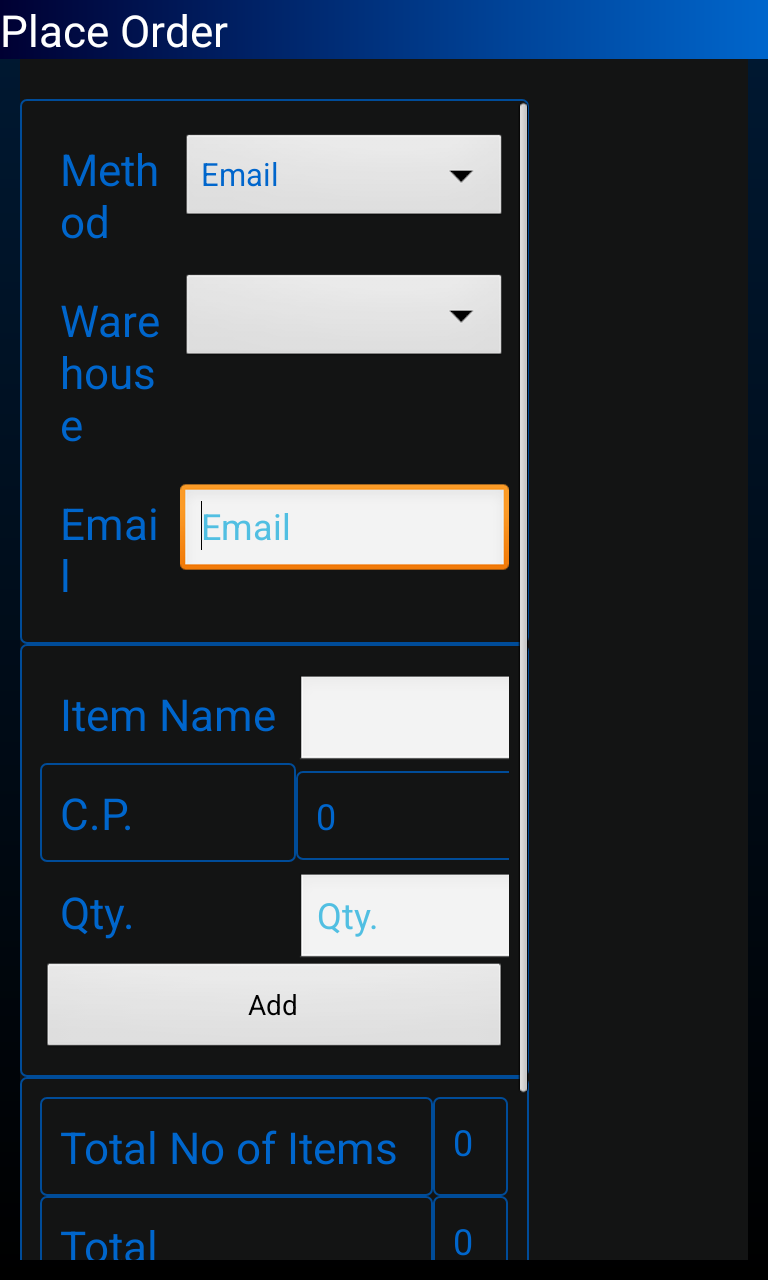
Repository: jasleen1291/B2BMobileApplication
Layout: Mobile E Commerce/B2B/res/layout/place_order.xml
An editor plug-in stored every save of this project. The layout is shown before and after the next save, followed by the edit.
It is drawn on a 768 x 1280 px phone screen (xhdpi) without system bars, with theme mycustomtheme; the app's code is not run. Lists and similar views that code fills are empty.

Above is the layout before, as saved 2013-05-25 14:51:37.

### Mobile E Commerce/B2B/res/layout/place_order.xml
<?xml version="1.0" encoding="utf-8"?>
<LinearLayout xmlns:android="http://schemas.android.com/apk/res/android"
    android:layout_width="match_parent"
    android:layout_height="match_parent"
    android:orientation="vertical" >

    <TextView
        style="@style/titlebarstyle"
        android:text="@string/place_order" />

    <LinearLayout
        android:layout_width="match_parent"
        android:layout_height="match_parent"
        android:baselineAligned="false" >

        <ScrollView
            android:layout_width="0dp"
            android:layout_height="wrap_content"
            android:layout_margin="10dp"
            android:layout_weight="7" >

            <LinearLayout
                android:layout_width="match_parent"
                android:layout_height="wrap_content"
                android:orientation="vertical" >

                <TableLayout
                    android:layout_width="match_parent"
                    android:layout_height="wrap_content"
                    android:background="@drawable/textview_border"
                    android:stretchColumns="*" >

                    <TableRow
                        android:id="@+id/tableRow1"
                        android:layout_width="match_parent"
                        android:layout_height="wrap_content" >

                        <TextView
                            android:id="@+id/ordervia"
                            android:layout_width="0dp"
                            android:layout_height="wrap_content"
                            android:layout_weight="3"
                            android:padding="10dp"
                            android:text="@string/Method"
                            android:textAppearance="?android:attr/textAppearanceLarge" />

                        <Spinner
                            android:id="@+id/spinner1"
                            android:layout_width="0dp"
                            android:layout_height="wrap_content"
                            android:layout_weight="7"
                            android:entries="@array/ordervia" />
                    </TableRow>

                    <TableRow
                        android:id="@+id/tableRow5"
                        android:layout_width="match_parent"
                        android:layout_height="wrap_content" >

                        <TextView
                            android:layout_width="0dp"
                            android:layout_height="wrap_content"
                            android:layout_weight="3"
                            android:padding="10dp"
                            android:text="@string/warehouse"
                            android:textAppearance="?android:attr/textAppearanceLarge" />

                        <Spinner
                            android:id="@+id/spinner2"
                            android:layout_width="0dp"
                            android:layout_height="wrap_content"
                            android:layout_weight="7" />
                    </TableRow>

                    <TableRow
                        android:id="@+id/tableRow2"
                        android:layout_width="match_parent"
                        android:layout_height="wrap_content" >

                        <TextView
                            android:id="@+id/contact"
                            android:layout_width="0dp"
                            android:layout_height="wrap_content"
                            android:layout_weight="3"
                            android:padding="10dp"
                            android:text="@string/email"
                            android:textAppearance="?android:attr/textAppearanceLarge" />

                        <EditText
                            android:id="@+id/editText1"
                            android:layout_width="0dp"
                            android:layout_height="wrap_content"
                            android:layout_weight="7"
                            android:ems="10"
                            android:hint="@string/email" >

                            <requestFocus />
                        </EditText>
                    </TableRow>
                </TableLayout>

                <TableLayout
                    android:layout_width="match_parent"
                    android:layout_height="wrap_content"
                    android:background="@drawable/textview_border"
                    android:stretchColumns="*" >

                    <TableRow
                        android:id="@+id/tableRow3"
                        android:layout_width="match_parent"
                        android:layout_height="wrap_content" >

                        <TextView
                            android:layout_width="wrap_content"
                            android:layout_height="wrap_content"
                            android:hint="@string/email"
                            android:padding="10dp"
                            android:text="@string/itemname"
                            android:textAppearance="?android:attr/textAppearanceLarge" />

                        <AutoCompleteTextView
                            android:id="@+id/itemname"
                            android:layout_width="wrap_content"
                            android:layout_height="wrap_content"
                            android:ems="10" />
                    </TableRow>

                    <TableRow
                        android:id="@+id/tableRow12"
                        android:layout_width="wrap_content"
                        android:layout_height="wrap_content" >

                        <TextView
                            android:id="@+id/textView2"
                            android:layout_width="wrap_content"
                            android:layout_height="wrap_content"
                            android:background="@drawable/textview_border"
                            android:text="@string/cp"
                            android:textAppearance="?android:attr/textAppearanceLarge" />

                        <TextView
                            android:id="@+id/cp"
                            android:layout_width="wrap_content"
                            android:layout_height="wrap_content"
                            android:background="@drawable/textview_border"
                            android:text="@string/zero"
                            android:textAppearance="?android:attr/textAppearanceMedium" />
                    </TableRow>

                    <TableRow
                        android:id="@+id/tableRow4"
                        android:layout_width="match_parent"
                        android:layout_height="wrap_content" >

                        <TextView
                            android:layout_width="wrap_content"
                            android:layout_height="wrap_content"
                            android:padding="10dp"
                            android:text="@string/qty"
                            android:textAppearance="?android:attr/textAppearanceLarge" />

                        <EditText
                            android:id="@+id/qty"
                            android:layout_width="match_parent"
                            android:layout_height="wrap_content"
                            android:ems="10"
                            android:hint="@string/qty"
                            android:inputType="numberDecimal" />
                    </TableRow>

                    <Button
                        android:id="@+id/add"
                        android:layout_width="wrap_content"
                        android:layout_height="wrap_content"
                        android:text="@string/add" />
                </TableLayout>

                <TableLayout
                    android:layout_width="match_parent"
                    android:layout_height="wrap_content"
                    android:background="@drawable/textview_border"
                    android:stretchColumns="*" >

                    <TableRow
                        android:id="@+id/tableRow6"
                        android:layout_width="wrap_content"
                        android:layout_height="wrap_content" >

                        <TextView
                            android:id="@+id/textView3"
                            android:layout_width="wrap_content"
                            android:layout_height="wrap_content"
                            android:background="@drawable/textview_border"
                            android:text="@string/totalitems"
                            android:textAppearance="?android:attr/textAppearanceLarge" />

                        <TextView
                            android:id="@+id/totalitems"
                            android:layout_width="wrap_content"
                            android:layout_height="match_parent"
                            android:background="@drawable/textview_border"
                            android:text="@string/zero"
                            android:textAppearance="?android:attr/textAppearanceMedium" />
                    </TableRow>

                    <TableRow
                        android:layout_width="wrap_content"
                        android:layout_height="wrap_content" >

                        <TextView
                            android:id="@+id/textView1"
                            android:layout_width="wrap_content"
                            android:layout_height="wrap_content"
                            android:background="@drawable/textview_border"
                            android:text="@string/total"
                            android:textAppearance="?android:attr/textAppearanceLarge" />

                        <TextView
                            android:id="@+id/total"
                            android:layout_width="match_parent"
                            android:layout_height="match_parent"
                            android:background="@drawable/textview_border"
                            android:text="@string/zero"
                            android:textAppearance="?android:attr/textAppearanceMedium" />
                    </TableRow>

                    <Button
                        android:id="@+id/button2"
                        android:layout_width="match_parent"
                        android:layout_height="wrap_content"
                        android:layout_margin="10dp"
                        android:layout_weight="1"
                        android:text="@string/place_order" />
                </TableLayout>
            </LinearLayout>
        </ScrollView>

        <RelativeLayout
            android:layout_width="0dp"
            android:layout_height="wrap_content"
            android:layout_weight="3" >

            <ListView
                android:id="@+id/twoline"
                android:layout_width="wrap_content"
                android:layout_height="wrap_content" />
        </RelativeLayout>
    </LinearLayout>

</LinearLayout>

### Mobile E Commerce/B2B/res/values/mycustomtheme.xml
<?xml version="1.0" encoding="utf-8"?>
<resources xmlns:android="http://schemas.android.com/apk/res/android">
    <style name="mycustomtheme" parent="@android:style/Theme.NoTitleBar.Fullscreen">
        <item name="android:windowBackground">@drawable/mybg</item>
       	<item name="android:textColor">#0066cc</item>
       	<item name="android:textColorHint">#51BFE2</item>
    </style>

</resources>

### Mobile E Commerce/B2B/res/drawable/mybg.xml
<?xml version="1.0" encoding="utf-8"?>
<layer-list  xmlns:android="http://schemas.android.com/apk/res/android">
    <item>
<shape android:shape="rectangle">



        <gradient android:startColor="#001933"  android:endColor="#000" android:angle="270"/>


</shape>
</item>
<item android:left="10dp" android:top="10dp" android:right="10dp" android:bottom="10dp">

<shape android:shape="rectangle">



        <solid android:color="#131414"></solid>


</shape>
</item>
</layer-list>

### Mobile E Commerce/B2B/res/values/styles.xml
<?xml version="1.0" encoding="utf-8"?>
<resources xmlns:android="http://schemas.android.com/apk/res/android">

    <!--
        Base application theme, dependent on API level. This theme is replaced
        by AppBaseTheme from res/values-vXX/styles.xml on newer devices.

    -->
    <style name="AppBaseTheme" parent="android:Theme.Light">
        <!--
            Theme customizations available in newer API levels can go in
            res/values-vXX/styles.xml, while customizations related to
            backward-compatibility can go here.

        -->
    </style>

    <!-- Application theme. -->
    <style name="AppTheme" parent="AppBaseTheme">
        <!-- All customizations that are NOT specific to a particular API-level can go here. -->
    </style>

    <style name="LoginFormContainer">
        <item name="android:layout_width">match_parent</item>
        <item name="android:layout_height">wrap_content</item>
        <item name="android:padding">16dp</item>
    </style>
    <style name="TextViewStyle">
        <item name="android:layout_width">wrap_content</item>
        <item name="android:layout_height">wrap_content</item>
        <item name="android:gravity">right</item>
        <item name="android:textSize">14sp</item>
        <item name="android:textColor">#0066cc</item>
        <item name="android:layout_margin">5dp</item>
    </style>
	<style name="EditTextStyle">
        <item name="android:layout_width">match_parent</item>
        <item name="android:layout_height">wrap_content</item>
        <item name="android:textSize">16sp</item>
        <item name="android:textColor">#0066cc</item>

        <item name="android:layout_marginLeft">16dp</item>
        <item name="android:layout_marginRight">16dp</item>
        <item name="android:layout_marginTop">5dp</item>
        <item name="android:background">@drawable/textview_border</item>
    </style>
	<style name="SpinnerStyle">
        <item name="android:layout_width">match_parent</item>
        <item name="android:layout_height">wrap_content</item>
        <item name="android:textSize">16sp</item>
        <item name="android:textColor">#0066cc</item>

        <item name="android:layout_marginLeft">16dp</item>
        <item name="android:layout_marginRight">16dp</item>
        <item name="android:layout_marginTop">5dp</item>

    </style>
	<style name="titlebarstyle">
	    <item name="android:layout_marginBottom">10dp</item>
        <item name="android:layout_width">match_parent</item>
        <item name="android:layout_height">wrap_content</item>
        <item name="android:background">@drawable/titlebar</item>
        <item name="android:textColor">@android:color/white</item>
        <item name="android:textAppearance">?android:attr/textAppearanceLarge</item>
	</style>
	<style name="titlebarstylesmall">


        <item name="android:textColor">@android:color/white</item>

	</style>
</resources>

### Mobile E Commerce/B2B/res/values/strings.xml
<?xml version="1.0" encoding="utf-8"?>
<resources>

    <string name="app_name">B2B</string>
    <string name="action_settings">Settings</string>
    <string name="hello_world">Hello world!</string>
    <string name="Loading">Loading&#8230;&#8230;&#8230;</string>
    <string name="title_activity_sign_up">Sign Up</string>

    <string-array name="signUpAsArray">
        <item>Customer</item>
        <item>Retailer</item>
        <item>Supplier</item>
    </string-array>

    <string name="title_activity_registeration">RegisterationActivity</string>
    <string name="title_activity_customer_area">CustomerArea</string>
    <string name="welcome">Welcome</string>
    <string name="title_activity_admin_area">Admin_area</string>
    <string name="general_complaint_fragment">General Complaint</string>
    <string name="hello_blank_fragment">Hello blank fragment</string>
    <string name="general_complaint">General Complaint</string>
    <string name="respond">Respond</string>
    <string name="submit">Submit</string>
    <string name="addcategory">Parent Category</string>
    <string name="categoryhint">Category</string>
    <string name="AddParentCategory">Add super category</string>
    <string name="complaintAbout">Complaint About</string>
    <string name="complainFrom">Complaint From</string>
    <string name="itemComplaint">Complaints about Items</string>
    <string name="shopComplaint">Complaint about shop</string>
    <string name="generalNotification">General Notification</string>
    <string name="urgentNotification">Urgent Notification</string>
    <string name="title">Title</string>
    <string name="message">Message</string>
    <string name="markAll">Mark all</string>
    <string name="advertisementPricing">Advertisement Pricing</string>
    <string name="desc">Description</string>
    <string name="days">No of days</string>
    <string name="cost">Cost</string>
    <string name="size">Size of advertisement</string>
    <string name="type">Type</string>
    <string name="fine">Fine</string>
    <string name="pickCategory">Pick a Category</string>

    <string-array name="typeArray">
        <item>Retailer</item>
        <item>Supplier</item>
    </string-array>

    <string name="update">Update</string>
    <string name="delete">Delete</string>
    <string name="view_advertisement">View Advertisements</string>
    <string name="noofcategories">No of Categories</string>
    <string name="shoppricing">Shop Pricing</string>
    <string name="view_fine_pricing">View Fine Pricing</string>
    <string name="shop_pricing">Shop Pricing</string>
    <string name="subCategory">Add Sub Category</string>
    <string name="addshop">Add Shop</string>
    <string name="title_activity_pay_fine">Pay Fine</string>
    <string name="finetitle">Your account has been suspended by the admin. Pay fine to continue using this applciation.</string>
    <string name="fineabc">Your payment has been received. Your account will now be restored. Please wait few minutes</string>
    <string name="title_activity_retailer_area">Retailer_area</string>
    <string name="title_activity_first_time_login">FirstTimeLogin</string>
    <string name="EditMyCategories">Edit My Categories</string>
    <string name="addnewitem">Add New Item</string>
    <string name="itemname">Item Name</string>
    <string name="longdescription">Long Description</string>
    <string name="qtyperunit">Qty Per unit</string>
    <string name="unit_of_measurement">Unit of Measurement</string>
    <string name="shopName">Shop Name</string>
    <string name="description">Description</string>
    <string name="categoriesAllowed">No of categories allowed</string>
    <string name="itemsSelling">No of Items Selling</string>
    <string name="itemsAvailable">No of Items not Selling</string>
    <string name="expirydate">Expiry Date</string>
    <string name="paymentEmail">Payment Email</string>
    <string name="selectcategory">Select a Category</string>
    <string name="clicktochange">Click On Image To Change It</string>
    <string name="cp">C.P.</string>
    <string name="sp">S.P.</string>
    <string name="minorder">Min order</string>
    <string name="discount">Discount</string>
    <string name="qtyonorder">Qty. On Order</string>
    <string name="qtyonhand">Qty. On Hand</string>
    <string name="qty">Qty.</string>
    <string name="viewdetails">View Details</string>
    <string name="note">Long Click on Image to view expanded image</string>
    <string name="chngImg">Change Image</string>
    <string name="addWarehouse">Add Warehouse</string>
    <string name="name">Name</string>
    <string name="cancel">Cancel</string>
    <string name="itemavailabilty">Item Availabilty</string>
    <string name="batchDiscounts">Batch Discounts</string>
    <string name="clicktoupdate">Click to Update</string>
    <string name="add">Add</string>
    <string name="place_order">Place Order</string>
    <string name="Method">Method</string>
    <string name="warehouse">Warehouse</string>
    <string-array name="ordervia">
        <item >Email</item>
        <item >SMS</item>
        <item >Phone</item>
    </string-array>
        <string name="total">Total</string>
        <string name="zero">0</string>
        <string name="totalitems">Total No of Items</string>

</resources>

### Mobile E Commerce/B2B/res/drawable/textview_border.xml
<?xml version="1.0" encoding="utf-8"?>
<shape xmlns:android="http://schemas.android.com/apk/res/android" android:shape="rectangle">
    <corners android:radius="3dp"></corners>
	<stroke android:width="1dp" android:color="#004C99"/>
	<padding android:left="10dp" android:top="10dp" android:right="10dp" android:bottom="10dp"/>
</shape>

### Mobile E Commerce/B2B/res/values/strings_activity_sign_up.xml
<?xml version="1.0" encoding="utf-8"?>
<resources>
    <string name="FirstName">First Name</string>
    <string name="LastName">Last Name</string>
    <string name="email">Email</string>
    <string name="phone1">Phone1</string>
    <string name="phone2">Phone2</string>
    <string name="address">Address</string>
    <string name="city">Select your city</string>
    <string name="state">Select your state</string>
    <string name="country">Select your country</string>
    <string name="zipcode">Zipcode</string>
    <string name="balance">Enter your opening balance</string>
    <string name="SignUpAs">Signup As</string>
    <string name="done">Done</string>
    <string name="updateInfo">Update Info</string>

</resources>

### Mobile E Commerce/B2B/res/drawable/titlebar.xml
<?xml version="1.0" encoding="utf-8"?>
<shape xmlns:android="http://schemas.android.com/apk/res/android" android:shape="rectangle">
    <gradient  android:endColor="#0066CC" android:startColor="#000033"/>

</shape>

After the next save:
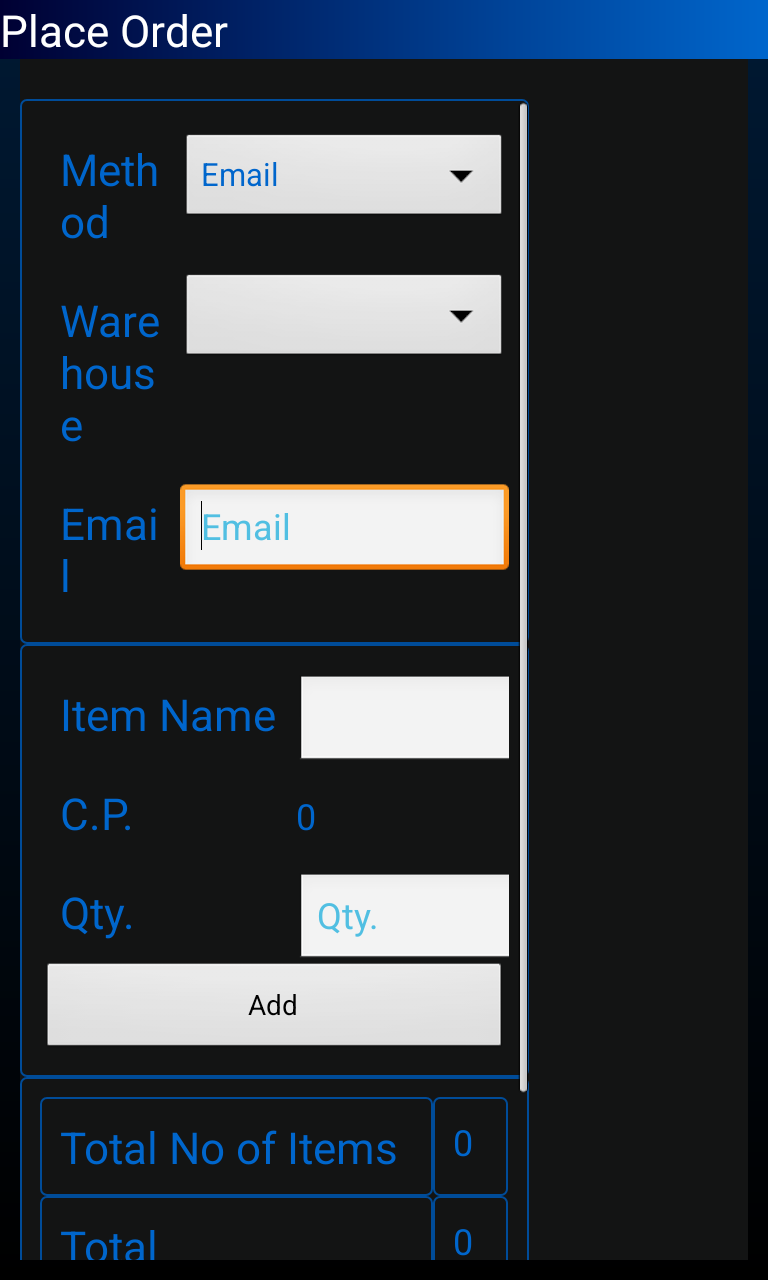
Saved 113 s later.
--- a/Mobile E Commerce/B2B/res/layout/place_order.xml
+++ b/Mobile E Commerce/B2B/res/layout/place_order.xml
@@ -134,7 +134,7 @@
                             android:id="@+id/textView2"
                             android:layout_width="wrap_content"
                             android:layout_height="wrap_content"
-                            android:background="@drawable/textview_border"
+                            android:padding="10dp"
                             android:text="@string/cp"
                             android:textAppearance="?android:attr/textAppearanceLarge" />
 
@@ -142,7 +142,6 @@
                             android:id="@+id/cp"
                             android:layout_width="wrap_content"
                             android:layout_height="wrap_content"
-                            android:background="@drawable/textview_border"
                             android:text="@string/zero"
                             android:textAppearance="?android:attr/textAppearanceMedium" />
                     </TableRow>
